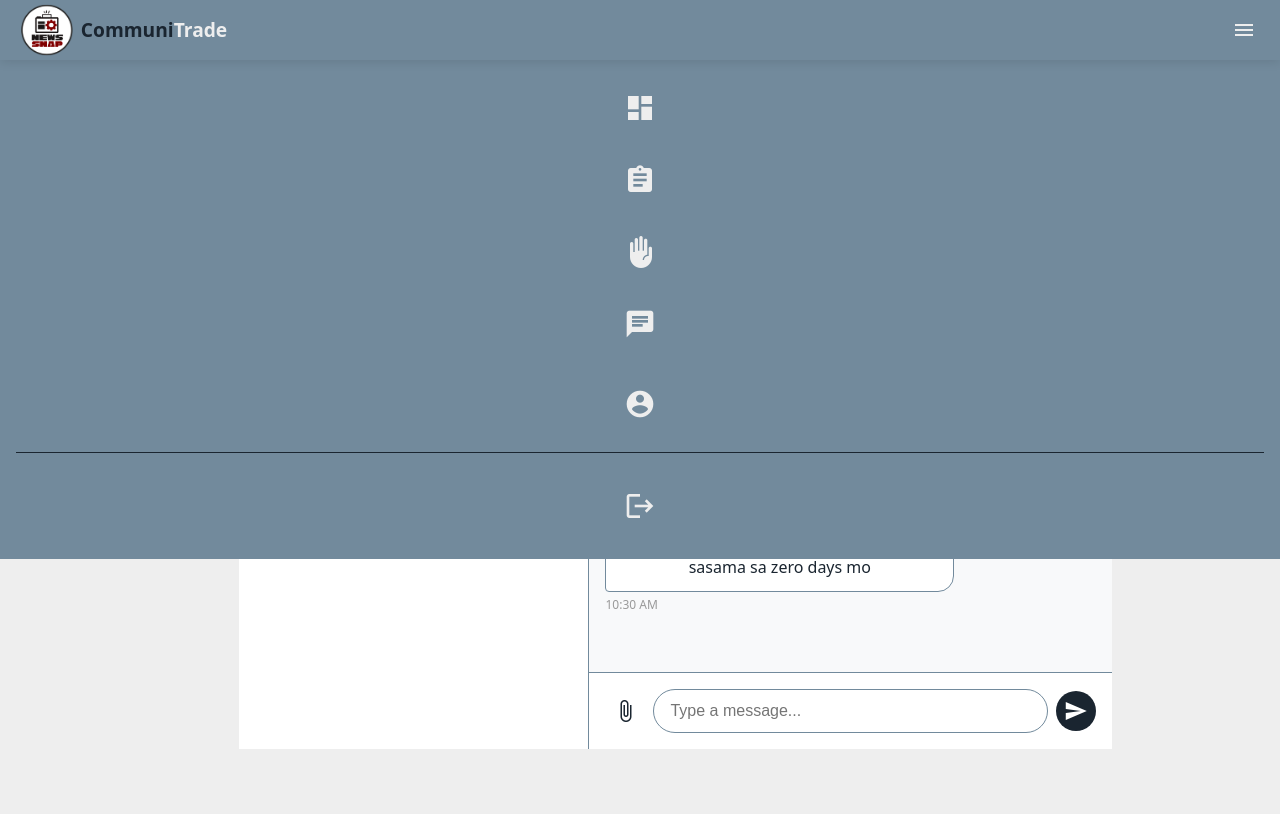
Repository: wholaanmo/news-snap
Page: /message
These files come from the project's save history. The page is drawn as it stood at one moment and after the next save; the edit follows.
The browser window is 1280 px wide. The pictures show the whole page.
The project was rebuilt for these pictures with package versions that can differ from the ones it lists, and the page was loaded fresh each time. Also part of the build but not shown: src/components/AdminNavbar.vue, src/components/AdminSidebar.vue, src/layouts/AdminLayout.vue.

Above is the page before, as saved 2025-10-15 19:22:25.

After the next save:
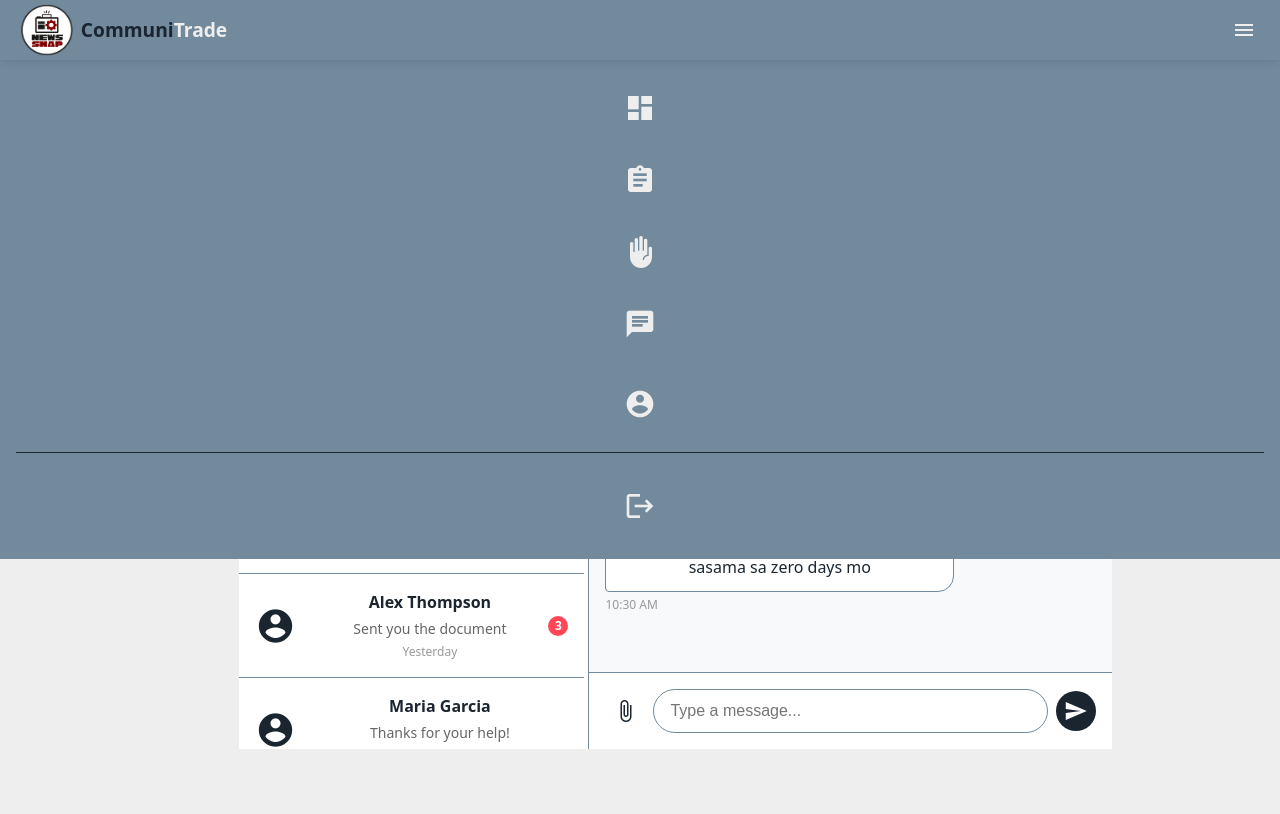
Saved 6 min 22 s later.
--- a/src/views/message.vue
+++ b/src/views/message.vue
@@ -164,6 +164,78 @@ const conversations = ref([
     messages: [
       { id: 1, content: 'The files you requested are ready for review', sender: 'them', time: '12/15/2024' }
     ]
+  },
+  {
+    id: 4,
+    userName: 'Emily Davis',
+    lastMessage: 'Are we still meeting today?',
+    timestamp: '11:45 AM',
+    unreadCount: 0,
+    status: 'online',
+    messages: [
+      { id: 1, content: 'Hey, are you available for a quick call?', sender: 'them', time: '11:30 AM' },
+      { id: 2, content: 'Sure, what time works for you?', sender: 'me', time: '11:35 AM' }
+    ]
+  },
+  {
+    id: 5,
+    userName: 'Alex Thompson',
+    lastMessage: 'Sent you the document',
+    timestamp: 'Yesterday',
+    unreadCount: 3,
+    status: 'online',
+    messages: [
+      { id: 1, content: 'Can you review this document when you have time?', sender: 'them', time: 'Yesterday' },
+      { id: 2, content: 'Of course, send it over', sender: 'me', time: 'Yesterday' }
+    ]
+  },
+  {
+    id: 6,
+    userName: 'Maria Garcia',
+    lastMessage: 'Thanks for your help!',
+    timestamp: '12/14/2024',
+    unreadCount: 0,
+    status: 'offline',
+    messages: [
+      { id: 1, content: 'I really appreciate your assistance with the project', sender: 'them', time: '12/14/2024' },
+      { id: 2, content: 'Happy to help anytime!', sender: 'me', time: '12/14/2024' }
+    ]
+  },
+  {
+    id: 7,
+    userName: 'David Chen',
+    lastMessage: 'Lets catch up soon',
+    timestamp: '12/13/2024',
+    unreadCount: 1,
+    status: 'online',
+    messages: [
+      { id: 1, content: 'Long time no see! How have you been?', sender: 'them', time: '12/13/2024' },
+      { id: 2, content: 'Doing great! We should definitely meet up', sender: 'me', time: '12/13/2024' }
+    ]
+  },
+  {
+    id: 8,
+    userName: 'Lisa Rodriguez',
+    lastMessage: 'The package arrived',
+    timestamp: '12/12/2024',
+    unreadCount: 0,
+    status: 'offline',
+    messages: [
+      { id: 1, content: 'Just wanted to let you know the package arrived safely', sender: 'them', time: '12/12/2024' },
+      { id: 2, content: 'Great! Thanks for the update', sender: 'me', time: '12/12/2024' }
+    ]
+  },
+  {
+    id: 9,
+    userName: 'Kevin Wilson',
+    lastMessage: 'Check this out!',
+    timestamp: '12/11/2024',
+    unreadCount: 2,
+    status: 'online',
+    messages: [
+      { id: 1, content: 'Found this interesting article you might like', sender: 'them', time: '12/11/2024' },
+      { id: 2, content: 'Looks cool, Ill read it later', sender: 'me', time: '12/11/2024' }
+    ]
   }
 ])
 
